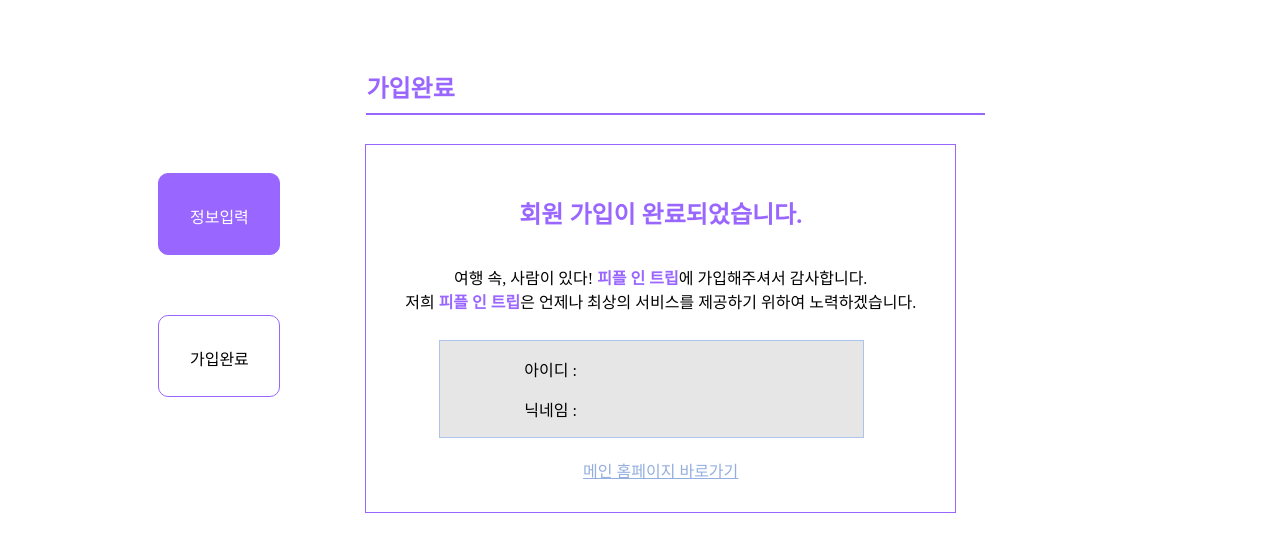
Repository: kimjinmin4535/ezen_loginteam
Page: http://localhost/Ezen_Project/signup/signupcomplete.jsp
An editor plug-in stored every save of this project. The page is shown before and after the next save, followed by the edit.
The browser window is 1280 px wide. The pictures show the whole page.
The page is served by Tomcat 9. Other server files are loaded and not shown.

Above is the page before, as saved 2022-07-05 15:52:33.

### Ezen_Project/src/main/webapp/signup/signupcomplete.jsp
<%@ page language="java" contentType="text/html; charset=UTF-8"
    pageEncoding="UTF-8"%>
<!DOCTYPE html>
<html>
<head>
<meta charset="UTF-8">
<title>회원가입 완료</title>
<link rel="stylesheet" href="../resources/css/signup/signup.css" />
</head>
<body>
	<div class="side_content">
		<p id="side_content1">정보입력</p>
		<p id="side_content2">가입완료</p>
	</div>
	<h3>가입완료</h3>
	<div class="signupcomplete_msg">
		<h2>회원 가입이 완료되었습니다.</h2>
		<p>여행 속, 사람이 있다! <strong>피플 인 트립</strong>에 가입해주셔서 감사합니다.<br>
		저희 <strong>피플 인 트립</strong>은 언제나 최상의 서비스를 제공하기 위하여 노력하겠습니다.</p>
		<div class="signupcomplete_information">
			<p>아이디 : </p>
			<p>닉네임 : </p>
		</div>
		<div class="main_home">
			<a href="#">메인 홈페이지 바로가기</a>
		</div>
	</div>
</body>
</html>

### Ezen_Project/src/main/webapp/resources/css/signup/signup.css
@charset "UTF-8";

body {
	display: flex;
	align-items: baseline;
	gap: 32px;
	padding: 48px 0;
}
.signupcomplete_msg {
	flex: 3.5;
	padding: 30px;
	text-align: center;
	border: 1px solid #9966ff;
	margin-right: 25%;
	margin-top: 7%;
}

.side_content {
	flex: 1;
	padding: 24px;
	margin-left: 10%;
}

@media (max-width: 40rem) {
.side_content {
    display: none;
  }
}

.signupcomplete_information {
	border: 1px solid #afc4ed;
	width:80%;
	background-color: #E6E6E6;
	margin-left: 8%;
	margin-top: 5%;
}
.signupcomplete_information > p {
	text-align: left;
	margin-left: 20%;
}

h3 {
	text-align: center;
	position: absolute;
	margin-left: 28%;
	margin-top: 1%;
	color: #9966ff;
	font-size: 24px;
}

h3:after {
  	content: "";
 	display: block;
  	width: 700%;
  	border-bottom: 2px solid #9966ff;
  	margin: 10% 0px;
}


.signupcomplete_msg > h2 {
	color: #9966ff;
}

.signupcomplete_msg > p > strong {
	color: #9966ff;
}

.signupcomplete_msg > p {
	padding-top: 15px;
}

.main_home > a {
	color: #94aee0;
}

.main_home {
	margin-top: 20px;

}

.side_content > #side_content1 {
	border: 1px solid #9966ff;
	background-color: #9966ff;
	color: white;
	height: 50px;
	width: 120px;
	text-align: center;
	border-radius: 10px;
	padding-top: 30px;
	margin-top: 30px;
}
.side_content > #side_content2 {
	border: 1px solid #9966ff;
	color: black;
	height: 50px;
	width: 120px;
	text-align: center;
	border-radius: 10px;
	padding-top: 30px;
	margin-top: 60px;
}
/* .side_content {
	text-align: left;
	width: 100px;
	position: absolute;
	height:0px;
	padding-left: 330px;
	padding-top: 250px;
	flex: 1;
} */
/*

After the next save:
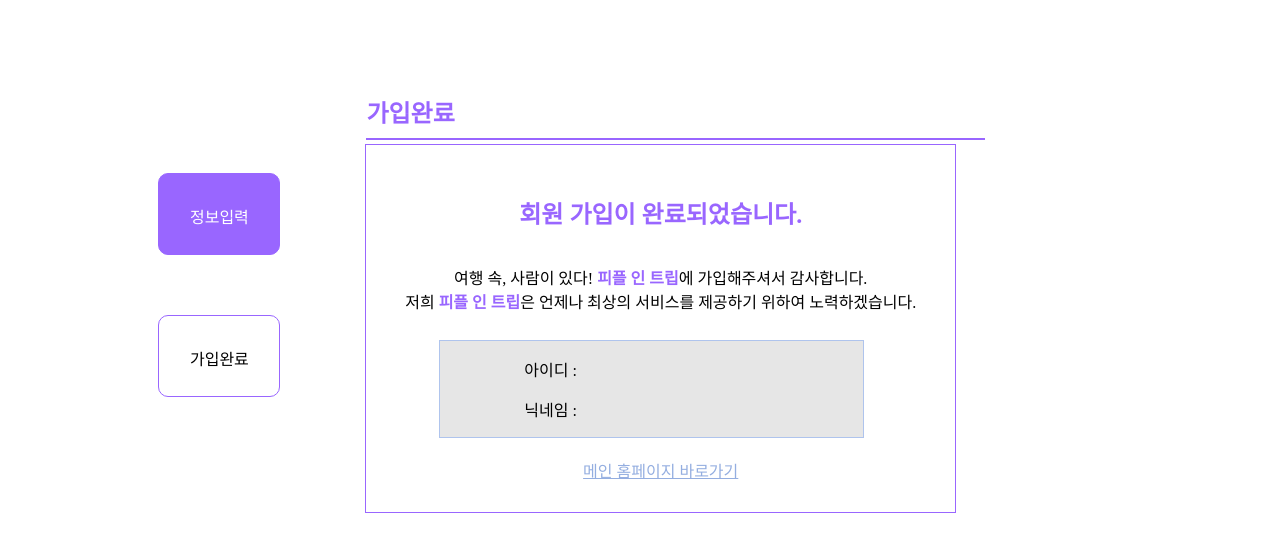
Saved 84 s later.
--- a/Ezen_Project/src/main/webapp/resources/css/signup/signup.css
+++ b/Ezen_Project/src/main/webapp/resources/css/signup/signup.css
@@ -43,7 +43,7 @@
 	text-align: center;
 	position: absolute;
 	margin-left: 28%;
-	margin-top: 1%;
+	margin-top: 3%;
 	color: #9966ff;
 	font-size: 24px;
 }
